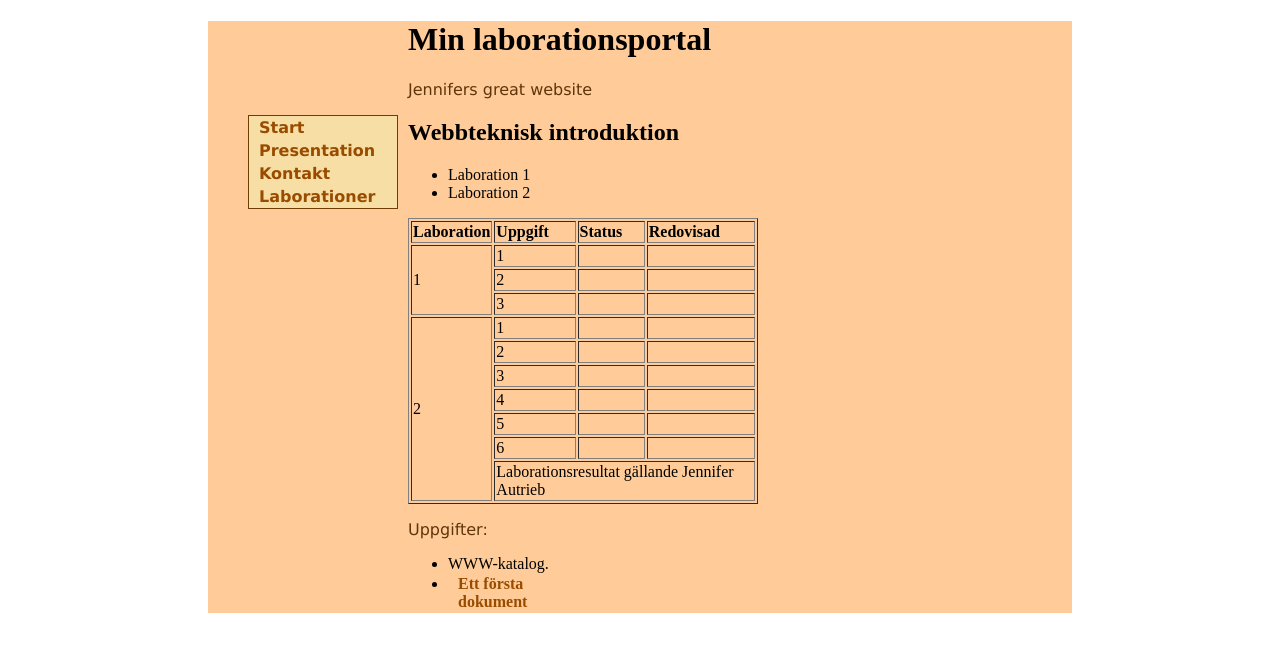
Repository: JeAut/1ik415-JeAut-laborationer
Page: WWW/pages/laborationer.html
The author's editor kept a record of every edit. The page is drawn from the files as they stood at one moment, then again after the next edit.
The browser window is 1280 px wide. The pictures show the whole page.

Above is the page before.

### WWW/pages/laborationer.html
<!DOCTYPE html>
<html>
    <head>
        <meta http-equiv="content-type" content="text/html; charset=utf-8" />
        <title>Laborationer</title>

        <link rel="stylesheet" href="../../css/style.css"/>
    </head>
    <body>
        <div id="body">
        <div id="header"><h1>Min laborationsportal</h1>
        <p>Jennifers great website</p>
        </div>

        <ul class="sidemenu">
            <div id="navigation">
            <div id="bc">
            <div id="ulsidemenu">
            <div id="ulsidemenu2">
            <li><a href="../../index.html"> Start</a></li>
            <li><a href="Presentation.html"> Presentation</a></li>
            <li><a href="kontakt.html"> Kontakt</a></li>
            <li><a href="laborationer.html"> Laborationer</a></li>
            </div>
            </div>
            </div>
            </div>
        </ul>
        <div id="container"><h2>Webbteknisk introduktion</h2>

        <ul>
            <li>Laboration 1</li>
            <li>Laboration 2</li>
        </ul>

        <table width="350" border="1">
        <tr>
        <td><b>Laboration</b></td>
        <td><b>Uppgift</b></td>
        <td><b>Status</b></td>
        <td><b>Redovisad</b></td>
        </tr>
        <tr>
            <td rowspan="3">1</td>
            <td>1</td>
            <td></td>
            <td></td>
        </tr>
        <tr>
            <td>2</td>
            <td></td>
            <td></td>
        </tr>
        <tr>
            <td>3</td>
            <td></td>
            <td></td>
        </tr>
        <tr>
            <td rowspan="9">2</td>
            <td>1</td>
            <td></td>
            <td></td>
        </tr>
        <tr>
            <td>2</td>
            <td></td>
            <td></td>
        </tr>
        <tr>
            <td>3</td>
            <td></td>
            <td></td>
        </tr>
        <tr>
            <td>4</td>
            <td></td>
            <td></td>
        </tr>
        <tr>
            <td>5</td>
            <td></td>
            <td></td>
        </tr>
        <tr>
            <td>6</td>
            <td></td>
            <td></td>
        </tr>
        <td colspan="4">Laborationsresultat gällande Jennifer Autrieb</td>
        </table>

        <p>Uppgifter:</p>

        <ul>
        <li>WWW-katalog.</li>
        <li><a href="Presentation.html#doc"> Ett första dokument</a></li>
        </ul>
        </div>
        </div>
    </body>
</html>

### css/style.css
/*Layout*/

#navigation {
    display:block;
    float:left;
}

#container {
    display:block;
    background-color:#FFCC99;
    margin-left:200px;
}

#header {
    display:block;
    margin-left:200px;
    background-color:#FFCC99;
}

#body {
    margin-right:200px;
    margin-left:200px;
    background-color:#FFCC99;
}

#bgimage {
    background-image:url(floral.jpg);
    -webkit-background-size: cover;
    -moz-background-size: cover;
    -o-background-size: cover;
    background-size: cover;
}




/*Listelement <li> meny*/

#bc {
    background-color:#D8B774;
}

#ulsidemenu {
    padding:0px;
    margin:0px;
    list-style:none;
    font-family:Verdana, Arial, Helvetica, sans-serif;
    border-bottom:1px solid #6F3E04;
    width:150px;
    background-color:#F6DEA5;
}

#ulsidemenu2 {
    border-top:1px solid #6F3E04;
    border-left:1px solid #6F3E04;
    border-right:1px solid #6F3E04;
}

a {
    text-decoration:none;
    display:block;
    width:128px;
    color:#994C00;
    font-weight:bold;
    padding:2px 10px;
}
a:hover {
    background-color:#B9BB79;
    color:#EEEEDC;
}


/*Typografi*/

p {
    color:#5F350B;
    font-family:Verdana, Arial, Helvetica, sans-serif;
}

p1 {
    color:#29640F;
    font-family:"Trebuchet MS", Helvetica, sans-serif;
}

.active {
    background-color:#660000;
}

After the next edit:
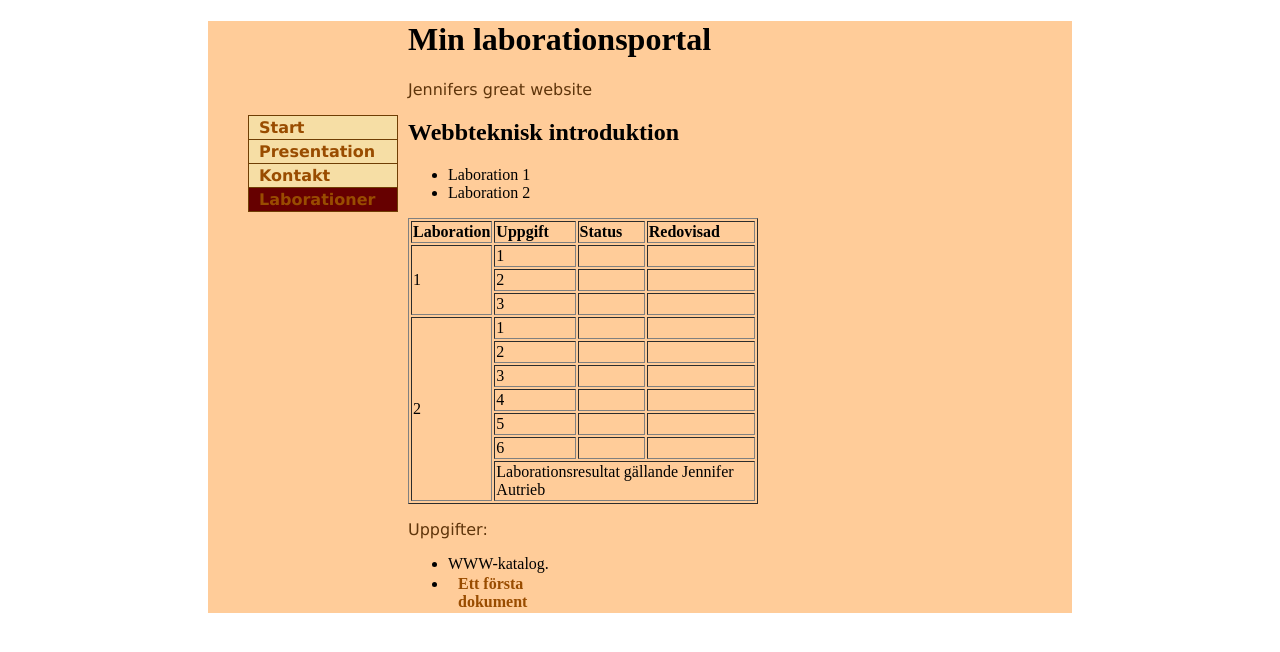
The edit:
--- a/WWW/pages/laborationer.html
+++ b/WWW/pages/laborationer.html
@@ -18,9 +18,15 @@
             <div id="ulsidemenu">
             <div id="ulsidemenu2">
             <li><a href="../../index.html"> Start</a></li>
+            </div>
+            <div id="ulsidemenu2">
             <li><a href="Presentation.html"> Presentation</a></li>
+            </div>
+            <div id="ulsidemenu2">
             <li><a href="kontakt.html"> Kontakt</a></li>
-            <li><a href="laborationer.html"> Laborationer</a></li>
+            </div>
+            <div id="ulsidemenu2">
+            <li><a href="laborationer.html" class="active"> Laborationer</a></li>
             </div>
             </div>
             </div>
